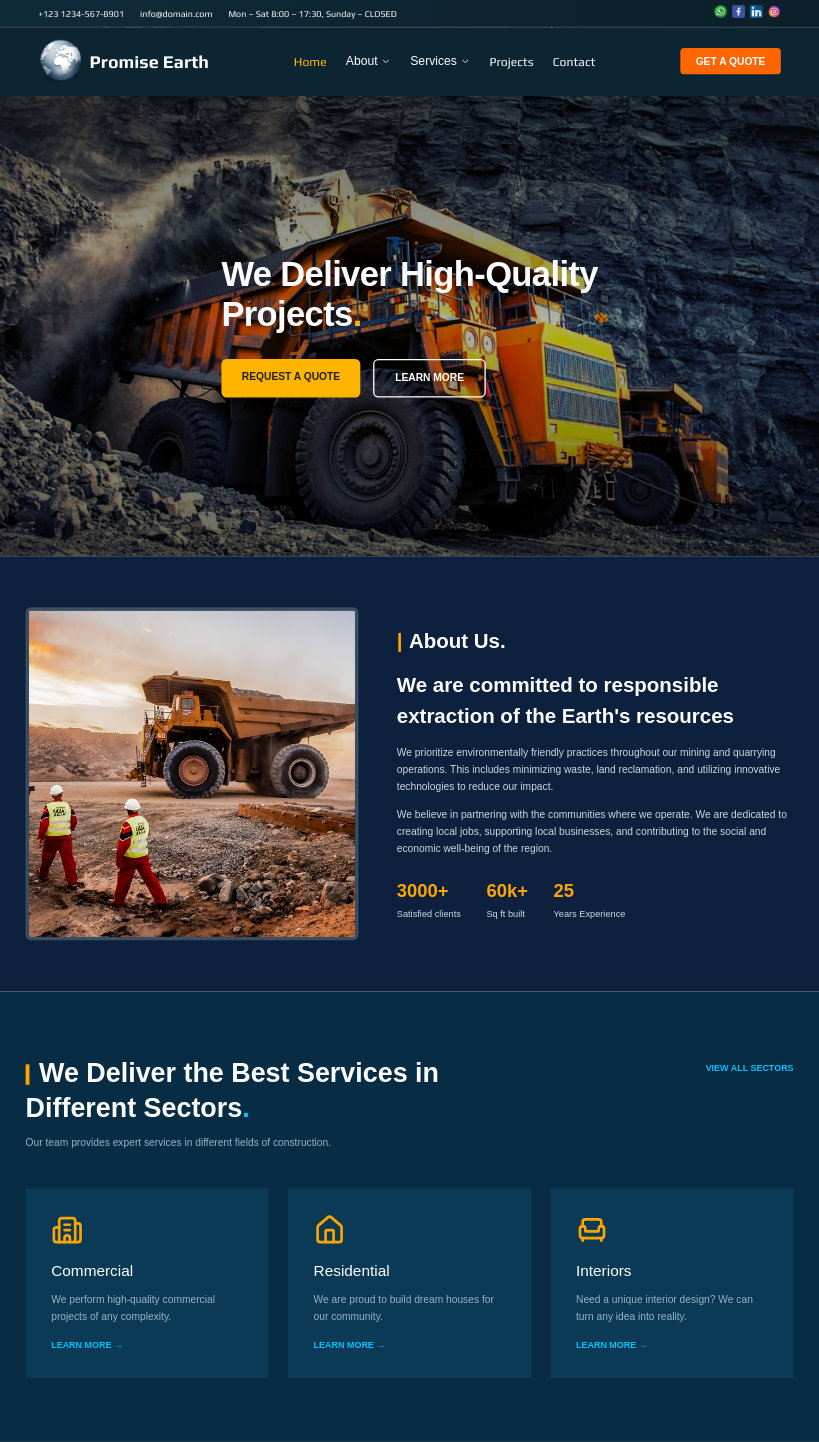
Repository: KC-Minchakpu/promise-earth
Page: /
The author's editor kept a copy of each file at every save. The page is drawn from the files as they stood at one save, then again after the next save.
The browser window is 1280 px wide. The pictures show the whole page, at 64% of full size.
The project was rebuilt for these pictures with package versions that can differ from the ones it lists, and the page was loaded fresh each time. The framework's server and built-in components were replaced by stand-ins that run in the browser. Also part of the build but not shown: next.config.ts.

Above is the page before, as saved 2026-02-26 15:19:36.

### src/app/layout.tsx
import type { Metadata } from "next";
import { Play, Poppins } from "next/font/google";
import "./globals.css";
import Header from "@/components/Header/Header";

const play = Play({
  variable: "--font-play",
  subsets: ["latin"],
  weight: ["400", "700"],
});

const poppins = Poppins({
  variable: "--font-poppins",
  subsets: ["latin"],
  weight: ["300", "400", "500", "600", "700"],
});

export const metadata: Metadata = {
  title: "Create Next App",
  description: "Generated by create next app",
};

export default function RootLayout({
  children,
}: Readonly<{
  children: React.ReactNode;
}>) {
  return (
    <html lang="en">
      <body
        className={`${play.variable} ${poppins.variable} antialiased`}
      >
        <Header />
        {children}
      </body>
    </html>
  );
}

### src/app/page.tsx
import AboutUsSection from "@/components/About/AboutUsSection";
import Hero from "@/components/Hero/Hero";
import ServicesSection from "@/components/Services/ServicesSection";


export default function Home() {
  return (
   <>
    <Hero />
    <AboutUsSection />
    <ServicesSection />
  </>
  );
}

### src/app/globals.css
@import "tailwindcss";

:root {
  --background: #ffffff;
  --foreground: #171717;
}


@media (prefers-color-scheme: dark) {
  :root {
    --background: #0a0a0a;
    --foreground: #ededed;
  }
}

body {
  background: var(--background);
  color: var(--foreground);
  font-family: Arial, Helvetica, sans-serif;
}

### src/components/Header/Header.tsx
"use client";

import { useState, useEffect, useRef } from "react";
import { usePathname } from "next/navigation";
import Link from "next/link";
import Image from "next/image";
import styles from "./Header.module.css";
import { ChevronDown, Menu, X } from "lucide-react";

const Header = () => {
  const pathname = usePathname();

  const [mobileOpen, setMobileOpen] = useState(false);
  const [scrolled, setScrolled] = useState(false);
  const [aboutOpen, setAboutOpen] = useState(false);
  const [servicesOpen, setServicesOpen] = useState(false);

  // FIX: correct timeout type
  const aboutTimeoutRef = useRef<ReturnType<typeof setTimeout> | null>(null);
  const servicesTimeoutRef = useRef<ReturnType<typeof setTimeout> | null>(null);

  /* Sticky Scroll */
  useEffect(() => {
    const handleScroll = () => {
      setScrolled(window.scrollY > 20);
    };

    window.addEventListener("scroll", handleScroll);
    return () => window.removeEventListener("scroll", handleScroll);
  }, []);

  const isActive = (path: string) => pathname === path;

  const socials = [
    { href: "#", src: "/icons/whatsapp.png", alt: "WhatsApp", title: "WhatsApp" },
    { href: "#", src: "/icons/facebook.png", alt: "Facebook", title: "Facebook" },
    { href: "#", src: "/icons/linkedin.png", alt: "LinkedIn", title: "LinkedIn" },
    { href: "#", src: "/icons/instagram.png", alt: "Instagram", title: "Instagram" },
  ];

  return (
    <header className={`${styles.header} ${scrolled ? styles.scrolled : ""}`}>

      {/* TOP BAR */}
      <div className={styles.topBar}>
        <div className={styles.topContainer}>

          <div className={styles.topLeft}>
            <span>+123 1234-567-8901</span>
            <span>info@domain.com</span>
            <span>Mon – Sat 8:00 – 17:30, Sunday – CLOSED</span>
          </div>

          <div className={styles.topRight}>
            {socials.map((social) => (
              <a key={social.alt} href={social.href} title={social.title}>
                <Image
                  src={social.src}
                  alt={social.alt}
                  width={20}
                  height={20}
                />
              </a>
            ))}
          </div>

        </div>
      </div>


      {/* NAVBAR */}
      <div className={styles.navbar}>
        <div className={styles.navContainer}>

          {/* LOGO */}
          <Link href="/" className={styles.logo}>
            <Image
              src="/images/globe.png"
              alt="Promise Earth Logo"
              width={70}
              height={70}
              priority
            />
            <span>Promise Earth</span>
          </Link>


          {/* NAV LINKS */}
          <nav className={`${styles.navLinks} ${mobileOpen ? styles.show : ""}`}>

            <Link href="/" className={isActive("/") ? styles.active : ""}>
              Home
            </Link>


            {/* ABOUT */}
            <div
              className={styles.dropdown}
              onMouseEnter={() => {
                if (aboutTimeoutRef.current) clearTimeout(aboutTimeoutRef.current);
                setAboutOpen(true);
              }}
              onMouseLeave={() => {
                aboutTimeoutRef.current = setTimeout(() => {
                  setAboutOpen(false);
                }, 150);
              }}
            >

              <button className={styles.dropBtn}>
                About <ChevronDown size={16} />
              </button>

              <div className={`${styles.dropdownMenu} ${aboutOpen ? styles.showDropdown : ""}`}>
                <Link href="/promise-earth">Promise Earth</Link>
                <Link href="/emmanuel-benjamin">Emmanuel K. Benjamin</Link>
                <Link href="/our-team">Our Team</Link>
              </div>

            </div>


            {/* SERVICES */}
            <div
              className={styles.dropdown}
              onMouseEnter={() => {
                if (servicesTimeoutRef.current) clearTimeout(servicesTimeoutRef.current);
                setServicesOpen(true);
              }}
              onMouseLeave={() => {
                servicesTimeoutRef.current = setTimeout(() => {
                  setServicesOpen(false);
                }, 150);
              }}
            >

              <button className={styles.dropBtn}>
                Services <ChevronDown size={16} />
              </button>

              <div className={`${styles.dropdownMenu} ${servicesOpen ? styles.showDropdown : ""}`}>
                <Link href="/mining">Mining</Link>
                <Link href="/quarry">Quarry</Link>
                <Link href="/construction">Construction</Link>
                <Link href="/excavation">Excavation</Link>
                <Link href="/sandstones">Sandstones</Link>
              </div>

            </div>


            <Link href="/projects" className={isActive("/projects") ? styles.active : ""}>
              Projects
            </Link>

            <Link href="/contact" className={isActive("/contact") ? styles.active : ""}>
              Contact
            </Link>

          </nav>


          {/* CTA */}
          <div className={styles.cta}>
            <Link href="/contact">GET A QUOTE</Link>
          </div>


          {/* MOBILE TOGGLE */}
          <div
            className={styles.mobileToggle}
            onClick={() => setMobileOpen(!mobileOpen)}
          >
            {mobileOpen ? <X size={24} /> : <Menu size={24} />}
          </div>


        </div>
      </div>

    </header>
  );
};

export default Header;

### src/components/About/AboutUsSection.tsx
// components/AboutUsSection.tsx
"use client";

import Image from "next/image";
import styles from "./AboutUsSection.module.css";

const AboutUsSection = () => {
  return (
    <section className={styles.aboutSection}>
      <div className={styles.container}>
        {/* Left Image */}
        <div className={styles.imageWrapper}>
          <Image
            src="/images/about-1.png"
            alt="Earth Moving Vehicle"
            width={400}
            height={400}
            className={styles.image}
          />
        </div>

        {/* Right Content */}
        <div className={styles.content}>
          <h2 className={styles.heading}>
            <span className={styles.highlight}>|</span> About Us.
          </h2>
          <h2 className={styles.heading}>
            We are committed to responsible extraction of the Earth&apos;s resources
          </h2>
          <p className={styles.description}>
            We prioritize environmentally friendly practices throughout our mining and quarrying operations. This includes minimizing waste, land reclamation, and utilizing innovative technologies to reduce our impact.
          </p>
          <p className={styles.description}>
            We believe in partnering with the communities where we operate. We are dedicated to creating local jobs, supporting local businesses, and contributing to the social and economic well-being of the region.
          </p>

          {/* Stats */}
          <div className={styles.stats}>
            <div className={styles.statItem}>
              <span className={styles.statNumber}>3000+</span>
              <span className={styles.statLabel}>Satisfied clients</span>
            </div>
            <div className={styles.statItem}>
              <span className={styles.statNumber}>60k+</span>
              <span className={styles.statLabel}>Sq ft built</span>
            </div>
            <div className={styles.statItem}>
              <span className={styles.statNumber}>25</span>
              <span className={styles.statLabel}>Years Experience</span>
            </div>
          </div>
        </div>
      </div>
    </section>
  );
};

export default AboutUsSection;

### src/components/Hero/Hero.tsx
"use client";

import Image from "next/image";
import Link from "next/link";
import styles from "./Hero.module.css";

const Hero = () => {
  return (
    <section className={styles.hero}>
      {/* Background Image */}
      <Image
        src="/images/hero.jpg"
        alt="Earth moving Vehicle"
        fill
        priority
        className={styles.backgroundImage}
      />

      {/* Overlay */}
      <div className={styles.overlay}></div>

      {/* Content */}
      <div className={styles.content}>
        <h1 className={styles.heading}>
          We Deliver High-Quality
          <br />
           Projects<span className={styles.highlight}>.</span>
        </h1>

        <div className={styles.buttons}>
          <Link href="/contact" className={styles.primaryBtn}>
            REQUEST A QUOTE
          </Link>

          <Link href="/about" className={styles.secondaryBtn}>
            LEARN MORE
          </Link>
        </div>
      </div>
    </section>
  );
};

export default Hero;

### src/components/Services/ServicesSection.tsx
"use client";

import styles from "./ServicesSection.module.css";
import Link from "next/link";
import {
  Building2,
  Home,
  Armchair,
} from "lucide-react";

const services = [
  {
    icon: Building2,
    title: "Commercial",
    description:
      "We perform high-quality commercial projects of any complexity.",
    link: "#",
  },
  {
    icon: Home,
    title: "Residential",
    description:
      "We are proud to build dream houses for our community.",
    link: "#",
  },
  {
    icon: Armchair,
    title: "Interiors",
    description:
      "Need a unique interior design? We can turn any idea into reality.",
    link: "#",
  },
];

export default function ServicesSection() {
  return (
    <section className={styles.section}>

      <div className={styles.container}>

        {/* Header */}
        <div className={styles.header}>

          <div>
            <h2 className={styles.title}>
              <span className={styles.bar}></span>
              We Deliver the Best Services in Different Sectors<span className={styles.dot}>.</span>
            </h2>

            <p className={styles.subtitle}>
              Our team provides expert services in different fields of construction.
            </p>
          </div>

          <Link href="#" className={styles.viewAll}>
            VIEW ALL SECTORS
          </Link>

        </div>


        {/* Cards */}
        <div className={styles.grid}>

          {services.map((service, index) => {

            const Icon = service.icon;

            return (
              <div key={index} className={styles.card}>

                <Icon className={styles.icon} />

                <h3 className={styles.cardTitle}>
                  {service.title}
                </h3>

                <p className={styles.cardDescription}>
                  {service.description}
                </p>

                <Link href={service.link} className={styles.learnMore}>
                  LEARN MORE →
                </Link>

              </div>
            );
          })}

        </div>

      </div>

    </section>
  );
}

### src/components/Header/Header.module.css
.header {
  position: sticky;
  top: 0;
  z-index: 9999;
  transition: all 0.3s ease;
}

.scrolled {
  box-shadow: 0 6px 20px rgba(0, 0, 0, 0.15);
}

.topBar {
  background: linear-gradient(to right, #0f2b3a, #0c1f2a);
  color: #ffffff;
  font-size: 14px;
  font-family: "Play", sans-serif;
  border-bottom: 1px solid #888888;
}

.topContainer {
  max-width: 1200px;
  margin: auto;
  padding: 8px 20px;
  display: flex;
  justify-content: space-between;
  align-items: center;
}

.topLeft span {
  margin-right: 25px;
}

.topRight a {
  margin-left: 8px;
  display: inline-block;
}

/* NAVBAR */
.navbar {
  background: #0d2533;
  color: white;
}

.navContainer {
  max-width: 1200px;
  margin: auto;
  padding: 18px 20px;
  display: flex;
  align-items: center;
  justify-content: space-between;
}

/* LOGO */
.logo {
  display: flex;
  align-items: center;
  gap: 10px;
  font-size: 28px;
  font-weight: bold;
  font-family: "Play", sans-serif;
  text-decoration: none;
  color: white;
}

/* NAV LINKS */
.navLinks {
  display: flex;
  align-items: center;
  gap: 30px;
}

.navLinks a {
  color: white;
  text-decoration: none;
  font-size: 19px;
  font-weight: 500;
  transition: color 0.3s ease;
  font-family: "Play", sans-serif;
}

.navLinks a:hover {
  color: #ffae00;
}

.active {
  color: #ffbb00 !important;
}

/* DROPDOWN  */
.dropdown {
  position: relative;
}

.dropBtn {
  background: none;
  border: none;
  color: white;
  font-weight: 500;
  font-size: 19px;
  display: flex;
  align-items: center;
  gap: 5px;
  cursor: pointer;
  transition: color 0.3s ease;
}

.dropBtn:hover {
  color: #ffc400;
}

.dropdownMenu {
  position: absolute;
  top: 100%;
  left: 0;
  margin-top: 0;
  background: #111111;
  min-width: 250px;
  border-radius: 6px;
  box-shadow: 0 10px 25px rgba(0, 0, 0, 0.15);
  opacity: 0;
  transform: translateY(10px);
  pointer-events: none;
  transition: all 0.25s ease;
}

.showDropdown {
  opacity: 1;
  transform: translateY(0);
  pointer-events: auto;
}

.dropdownMenu a {
  display: block;
  padding: 12px 18px;
  color: #ffffff;
  text-decoration: none;
  transition: background 0.3s ease;
}

.dropdownMenu a:hover {
   color: #ffc400;
}

/* CTA  */
.cta a {
  background: #ff6600;
  padding: 12px 24px;
  border-radius: 6px;
  color: white;
  text-decoration: none;
  font-weight: bold;
  transition: all 0.3s ease;
}

.cta a:hover {
  background: #e65c00;
  transform: translateY(-2px);
}

/*  MOBILE  */
.mobileToggle {
  display: none;
  cursor: pointer;
}

@media (max-width: 992px) {
  .navLinks {
    position: absolute;
    top: 80px;
    left: 0;
    width: 100%;
    background: #0d2533;
    flex-direction: column;
    padding: 20px;
    display: none;
  }

  .show {
    display: flex;
  }

  .cta {
    display: none;
  }

  .mobileToggle {
    display: block;
  }

  .dropdownMenu {
    position: relative;
    top: 0;
    box-shadow: none;
    opacity: 1;
    transform: none;
    pointer-events: auto;
    background: #112f40;
  }

  .dropdownMenu a {
    color: white;
  }
}

### src/components/About/AboutUsSection.module.css
/* components/AboutUsSection.module.css */

.aboutSection {
  background-color: #0d203d;
  padding: 80px 20px;
  color: #ffffff;
}

.container {
  display: flex;
  align-items: center;
  justify-content: center;
  gap: 60px;
  max-width: 1200px;
  margin: 0 auto;
  flex-wrap: wrap;
}

.imageWrapper {
  flex: 1 1 400px;
}

.image {
  border: 5px solid #3b4f63;
  border-radius: 8px;
  width: 100%;
  height: auto;
  object-fit: cover;
}

.content {
  flex: 1 1 500px;
}

.heading {
  font-size: 2rem;
  font-weight: 700;
  margin-bottom: 20px;
  display: flex;
  align-items: center;
}

.highlight {
  color: #ffa500;
  margin-right: 10px;
}

.description {
  font-size: 1rem;
  line-height: 1.7;
  margin-bottom: 15px;
  color: #cfd8e0;
}

.stats {
  display: flex;
  gap: 40px;
  margin-top: 30px;
  flex-wrap: wrap;
}

.statItem {
  display: flex;
  flex-direction: column;
  align-items: flex-start;
}

.statNumber {
  font-size: 1.8rem;
  font-weight: 700;
  color: #ffa500;
}

.statLabel {
  font-size: 0.9rem;
  color: #cfd8e0;
  margin-top: 5px;
}

### src/components/Hero/Hero.module.css
.hero {
  position: relative;
  width: 100%;
  height: 100vh;
  min-height: 650px;
  display: flex;
  align-items: center;
  overflow: hidden;
}

/* Background Image */
.backgroundImage {
  object-fit: cover;
  z-index: 1;
}

/* Blue Gradient Overlay */
.overlay {
  position: absolute;
  inset: 0;
  background: linear-gradient(
    180deg,
    rgba(0, 0, 0, 0.6) 0%,
    rgba(0, 0, 0, 0.3) 50%,
    rgba(0, 0, 0, 0.6) 100%
  );
  z-index: 2;
}

/* Content */
.content {
  position: relative;
  z-index: 3;
  max-width: 1200px;
  margin: 0 auto;
  padding: 0 40px;
  color: white;
}

/* Heading */
.heading {
  font-size: 54px;
  font-weight: 800;
  line-height: 1.15;
  letter-spacing: -1px;
  margin-bottom: 40px;
  max-width: 700px;
}

.highlight {
  color: #ffb400;
}

/* Buttons */
.buttons {
  display: flex;
  gap: 20px;
}

.primaryBtn {
  background: #ffb400;
  color: #222222;
  padding: 16px 32px;
  border-radius: 8px;
  font-weight: 700;
  text-decoration: none;
  transition: all 0.3s ease;
}

.primaryBtn:hover {
  background: #e6a200;
  transform: translateY(-3px);
}

.secondaryBtn {
  border: 2px solid #ffffff;
  color: #ffffff;
  padding: 16px 32px;
  border-radius: 8px;
  font-weight: 600;
  text-decoration: none;
  transition: all 0.3s ease;
}

.secondaryBtn:hover {
  background: rgba(255, 255, 255, 0.1);
  transform: translateY(-3px);
}

/* Responsive */

@media (max-width: 1024px) {
  .heading {
    font-size: 48px;
  }
}

@media (max-width: 768px) {
  .hero {
    height: 85vh;
  }

  .heading {
    font-size: 36px;
  }

  .buttons {
    flex-direction: column;
    gap: 15px;
  }

  .primaryBtn,
  .secondaryBtn {
    width: fit-content;
  }
}

### src/components/Services/ServicesSection.module.css
.section {
  background-color: #072c44;
  padding: 100px 20px;

}


.container {
  max-width: 1200px;
  margin: auto;

}


.header {
  display: flex;
  justify-content: space-between;
  align-items: flex-start;
  flex-wrap: wrap;
  margin-bottom: 60px;

}


.title {
  color: white;
  font-size: 42px;
  font-weight: 700;
  line-height: 1.3;
  max-width: 700px;
  margin-bottom: 15px;

}


.bar {
  display: inline-block;
  width: 6px;
  height: 32px;
  background: orange;
  margin-right: 15px;
  vertical-align: middle;

}


.dot {
  color: #00c2ff;

}


.subtitle {
  color: #9bb3c6;
  font-size: 16px;

}


.viewAll {
  color: #00c2ff;
  font-size: 14px;
  font-weight: 600;
  text-decoration: none;
  margin-top: 10px;

}


.viewAll:hover {
  text-decoration: underline;

}


/* GRID */


.grid {
  display: grid;
  grid-template-columns: repeat(3, 1fr);
  gap: 30px;

}


/* CARD */

.card {
  background-color: #0b3a57;
  padding: 40px;
  transition: 0.3s;

}


.card:hover {
  transform: translateY(-6px);

}


.icon {
  width: 50px;
  height: 50px;
  color: orange;
  margin-bottom: 20px;

}


.cardTitle {
  color: white;
  font-size: 24px;
  margin-bottom: 15px;

}


.cardDescription {
  color: #9bb3c6;
  margin-bottom: 20px;
  line-height: 1.6;

}


.learnMore {
  color: #00c2ff;
  font-size: 14px;
  text-decoration: none;
  font-weight: 600;

}


.learnMore:hover {
  text-decoration: underline;

}



/* RESPONSIVE */

@media (max-width: 992px) {
  .grid {
    grid-template-columns: repeat(2, 1fr);

  }

}


@media (max-width: 600px) {
  .grid {
    grid-template-columns: 1fr;

  }

  .title {
    font-size: 32px;

  }

}

After the next save:
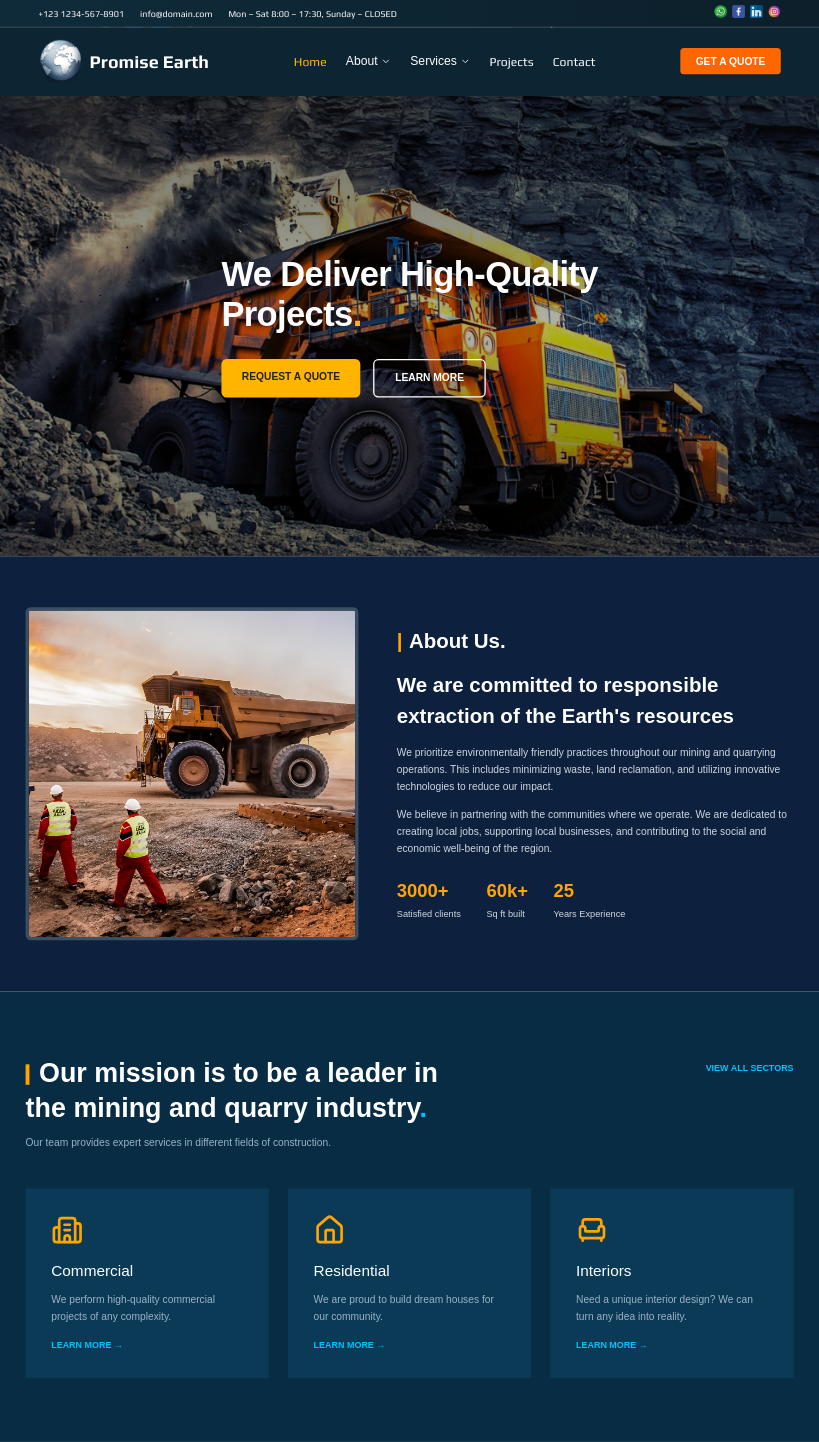
Saved 4 min 36 s later.
--- a/src/components/Services/ServicesSection.tsx
+++ b/src/components/Services/ServicesSection.tsx
@@ -44,7 +44,7 @@ export default function ServicesSection() {
           <div>
             <h2 className={styles.title}>
               <span className={styles.bar}></span>
-              We Deliver the Best Services in Different Sectors<span className={styles.dot}>.</span>
+              Our mission is to be a leader in the mining and quarry industry<span className={styles.dot}>.</span>
             </h2>
 
             <p className={styles.subtitle}>
